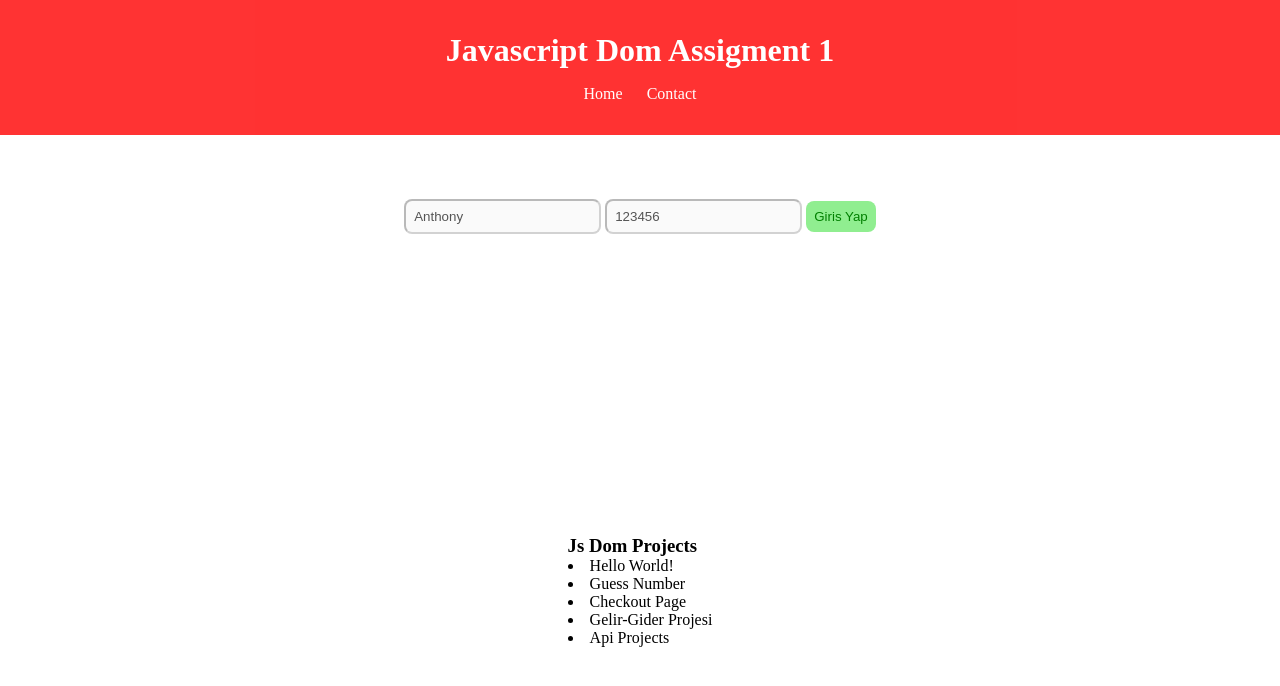
Repository: haakanerol/haakanerol
Page: Js.ass1/index.html
An editor plug-in stored every save of this project. The page is shown before and after the next save, followed by the edit.
The browser window is 1280 px wide. The pictures show the whole page.

Above is the page before, as saved 2024-02-25 16:34:35.

### Js.ass1/index.html
<!DOCTYPE html>
<html lang="en">
<head>
    <meta charset="UTF-8">
    <meta name="viewport" content="width=device-width, initial-scale=1.0">
    <title>Document</title>
    <style>
        * {
            margin: 0;
            padding: 0;
            box-sizing: border-box;
        }
        main {
            display: flex;
            flex-direction: column;
            justify-content: space-between;
            align-items: center;
            height: 80vh;
            padding: 4rem;
        }
    </style>
</head>
<body>
    <header class="header">
        <h1 id="title">aaa</h1>
        <nav>
            <ul class="nav-item">
                <li id="home">Home</li>
                <li>Contact</li>
            </ul>
        </nav>
    </header>
    <main>
        <section>
            <input type="text" id="username">
            <input type="password" id="password">
            <button class="btn">Login</button>
        </section>
        <section id="projects">
            <h3>Projects</h3>
            <ul>
            </ul>
        </section>
    </main>
    <script src="app.js"></script>
</body>
</html>

### Js.ass1/app.js
newHeader = document.querySelector(".header")
newHeader.style.backgroundColor = "red"
newHeader.style.opacity = "0.8"
newHeader.style.color = "white"
newHeader.style.textAlign = "center"
newHeader.style.padding = "2rem"

newTitle = document.getElementById("title")
newTitle.textContent = "Javascript Dom Assigment 1"
newTitle.style.marginBottom = "1rem"

newNavItem = document.querySelector(".nav-item")
newNavItem.style.display = "flex"
newNavItem.style.justifyContent = "center"
newNavItem.style.gap = "1.5rem"
newNavItem.style.listStyle = "none"

newUsername = document.querySelector("#username")
newPassword = document.querySelector("#password")
newUsername.value = "Anthony"
newPassword.value = "123456"
newPassword.type = "number"
newUsername.disabled = "true"
newPassword.disabled = "true"
newUsername.style.padding = ".5rem"
newUsername.style.borderRadius = ".5rem"
newPassword.style.padding = ".5rem"
newPassword.style.borderRadius = ".5rem"

newBtn = document.querySelector(".btn")
newBtn.style.backgroundColor = "lightgreen"
newBtn.style.color = "green"
newBtn.style.padding = " .5rem"
newBtn.style.border = "none"
newBtn.style.borderRadius = ".5rem"
newBtn.style.cursor = "pointer"
newBtn.textContent = " Giris Yap"

newProjects = document.getElementById("projects")
newProjects.firstElementChild.textContent = "Js Dom Projects"

const myProjects = ["Hello World!","Guess Number","Checkout Page","Gelir-Gider Projesi","Api Projects"]
myProjects.forEach(project=>{
    newLi = document.createElement("li")
    newLi.textContent = project
    newProjects.appendChild(newLi)
})

After the next save:
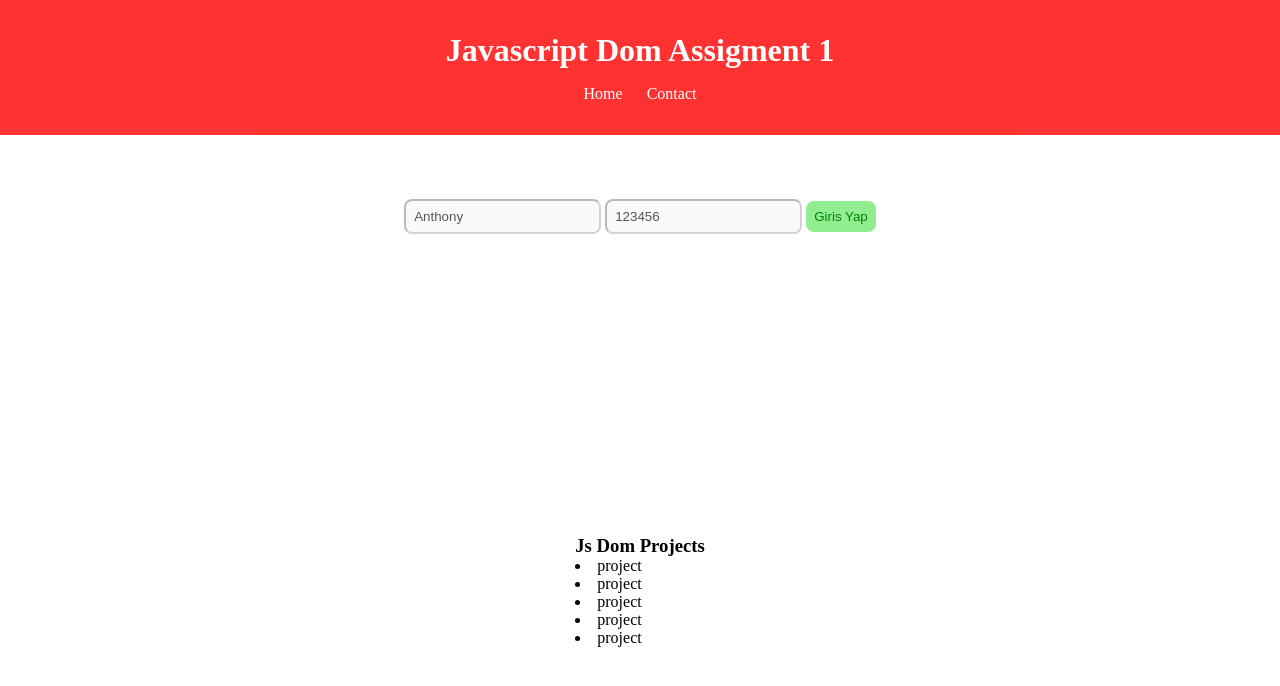
Saved 21 s later.
--- a/Js.ass1/app.js
+++ b/Js.ass1/app.js
@@ -42,6 +42,6 @@
 const myProjects = ["Hello World!","Guess Number","Checkout Page","Gelir-Gider Projesi","Api Projects"]
 myProjects.forEach(project=>{
     newLi = document.createElement("li")
-    newLi.textContent = project
+    newLi.textContent = "project"
     newProjects.appendChild(newLi)
 })

After the 2 saves that followed:
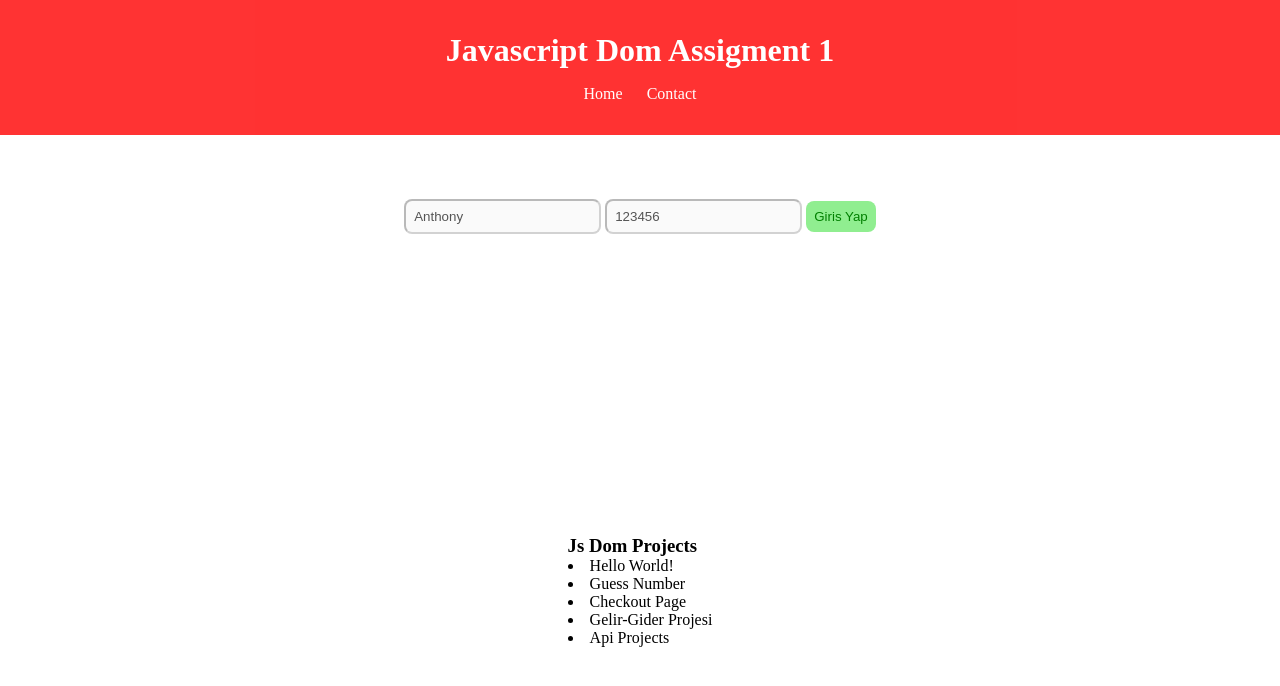
The 2 saves are shown as one change because they came seconds apart.
The last was saved 9 s later.
--- a/Js.ass1/app.js
+++ b/Js.ass1/app.js
@@ -42,6 +42,6 @@
 const myProjects = ["Hello World!","Guess Number","Checkout Page","Gelir-Gider Projesi","Api Projects"]
 myProjects.forEach(project=>{
     newLi = document.createElement("li")
-    newLi.textContent = "project"
+    newLi.textContent = project
     newProjects.appendChild(newLi)
 })
